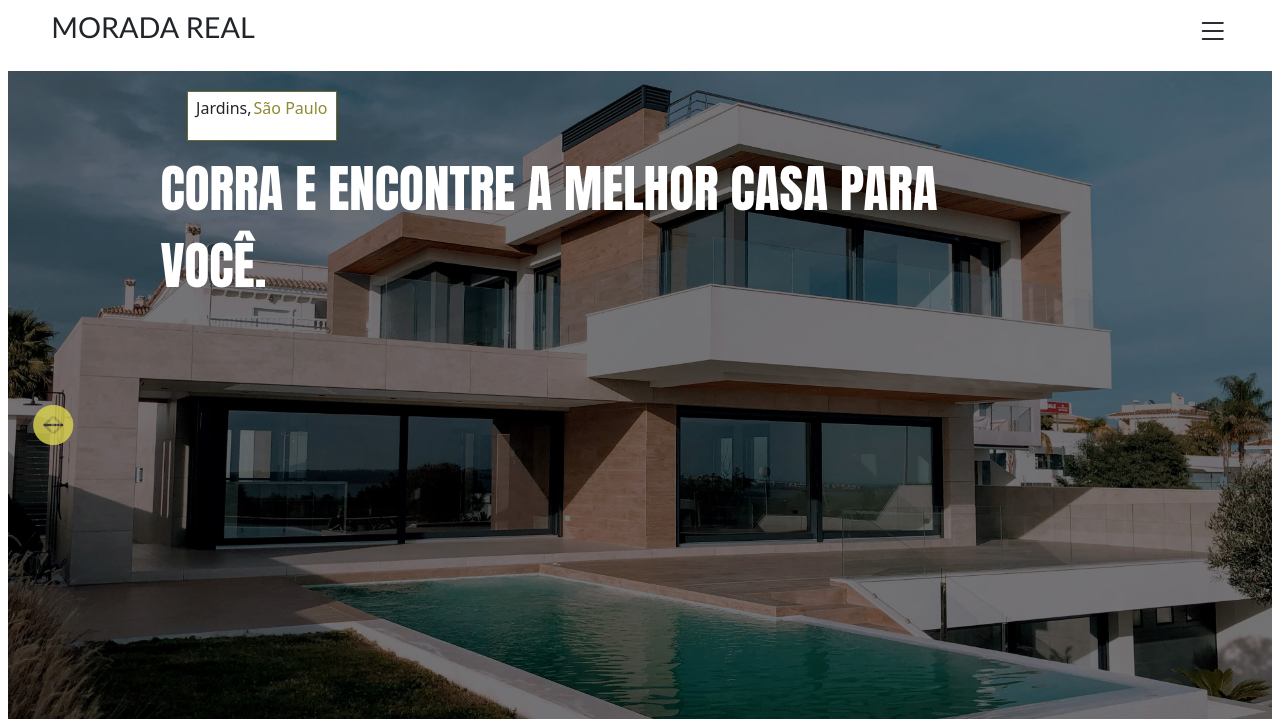
Repository: Mattyns/moradareal
Page: index.html
The author's editor kept a copy of each file at every save. The page is drawn from the files as they stood at one save, then again after a run of saves.
The browser window is 1280 px wide. The pictures show the whole page.

Above is the page before, as saved 2025-07-11 18:40:25.

After the next 2 saves:
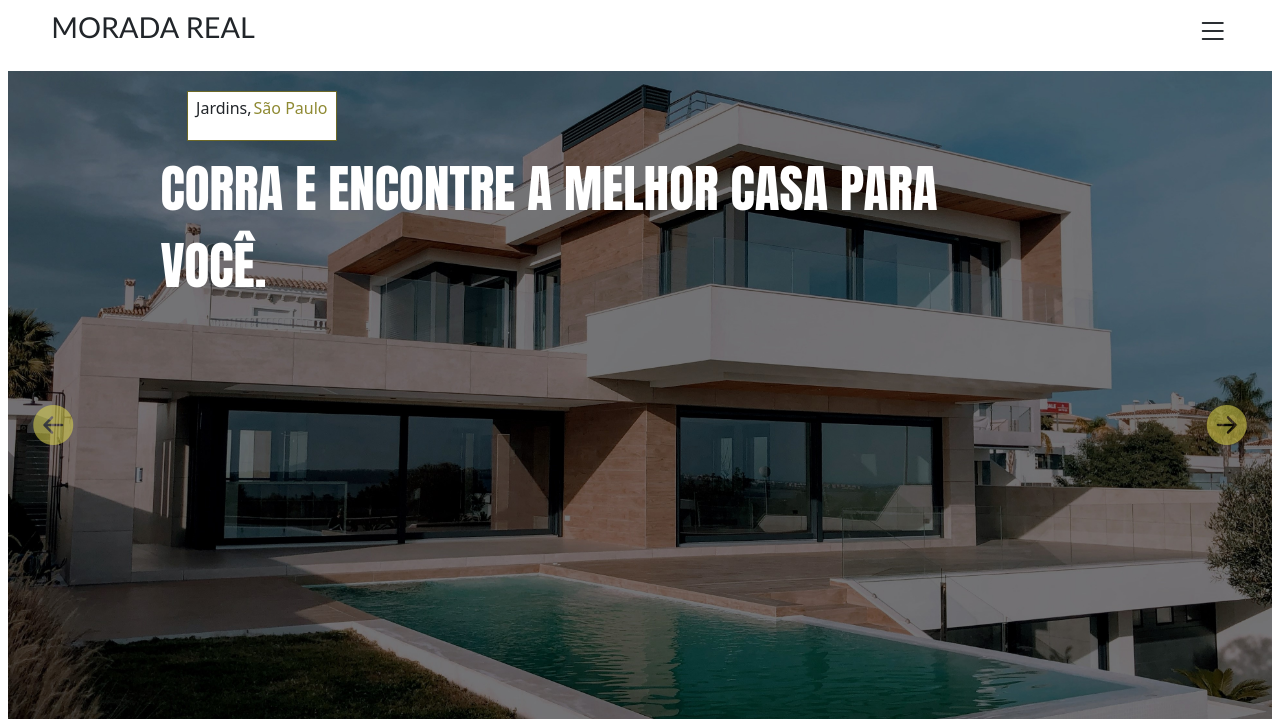
The 2 saves are shown as one change because they came seconds apart.
The last was saved 7 s later.
--- a/style/style.css
+++ b/style/style.css
@@ -133,6 +133,6 @@
 }
 
 #img__button--right {
-    left: 2%;
+    right: 2%;
     top: 50%;
 }
